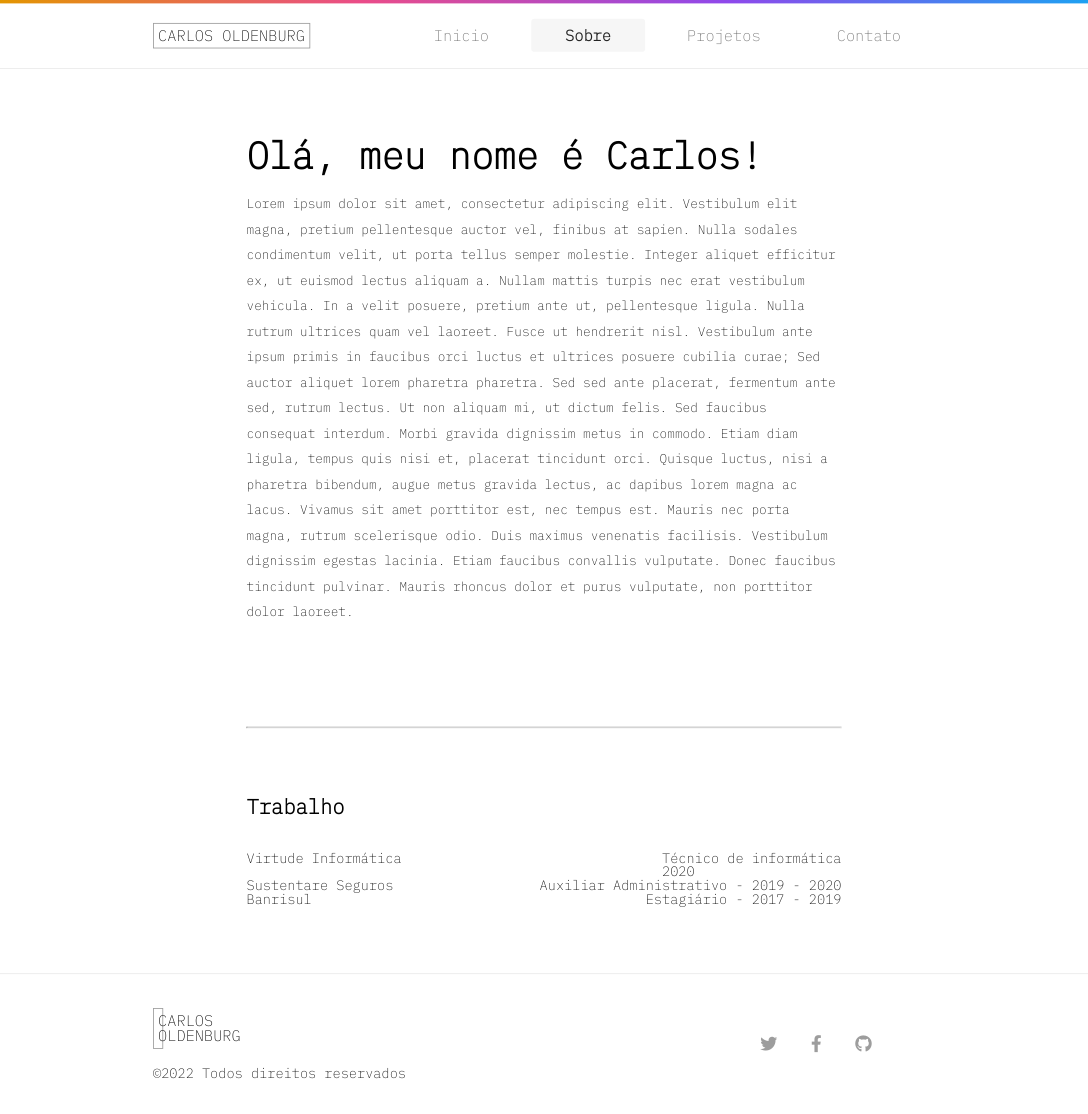
Repository: Carolden/PortfolioCrie
Page: sobre.html
The author's editor kept a copy of each file at every save. The page is drawn from the files as they stood at one save, then again after the next save.
The browser window is 1280 px wide. The pictures show the whole page, at 85% of full size.

Above is the page before, as saved 2023-05-24 10:31:59.

### sobre.html
<!DOCTYPE html>
<html lang="pt-BR">
<head>
    <meta charset="UTF-8">
    <meta http-equiv="X-UA-Compatible" content="IE=edge">
    <meta name="viewport" content="width=device-width, initial-scale=1.0">
    <title>Carlos Eduardo Oldenburg</title>

    <link rel="stylesheet" href="styles/base/reset.css">
    <link rel="stylesheet" href="styles/base/body.css">
    <link rel="stylesheet" href="styles/layout/container.css">
    <link rel="stylesheet" href="styles/layout/footer.css">
    <link rel="stylesheet" href="styles/layout/header.css">
    <link rel="stylesheet" href="styles/layout/index__section.css">
    <link rel="stylesheet" href="styles/components/about__text.css">
    <link rel="stylesheet" href="styles/components/header__a.css">
    <link rel="stylesheet" href="styles/components/header__nav.css">
    <link rel="stylesheet" href="styles/components/hr.css">
    <link rel="stylesheet" href="styles/components/name__box.css">
    <link rel="stylesheet" href="styles/components/project__index.css">
    <link rel="stylesheet" href="styles/components/section__contact.css">
    <link rel="stylesheet" href="styles/components/section__image.css">
    <link rel="stylesheet" href="styles/components/section__p.css">
    <link rel="stylesheet" href="styles/components/section__title.css">
    <link rel="stylesheet" href="styles/components/work.css">
    <link rel="stylesheet" href="sobre.html">

    <link rel="preconnect" href="https://fonts.googleapis.com">
    <link rel="preconnect" href="https://fonts.gstatic.com" crossorigin>
    <link href="https://fonts.googleapis.com/css2?family=IBM+Plex+Mono:wght@200&family=Open+Sans:wght@800&display=swap" rel="stylesheet">
    <link rel="stylesheet" href="https://cdnjs.cloudflare.com/ajax/libs/font-awesome/6.4.0/css/all.min.css">

</head>
<body>

    <header class="header">

        <div class="name__container">
            <h2 class="name__box">CARLOS OLDENBURG</h2>
        </div>

        <nav class="header__nav">
            <a href="index.html" class="header__a">Inicio</a>
            <a href="sobre.html" class="header__a active"> Sobre</a>
            <a href="#" class="header__a">Projetos</a>
            <a href="#" class="header__a">Contato</a>
        </nav>

    </header>

    <section>

        <div class="about__text">

        <h1 class="section__title section--align">Olá, meu nome é Carlos!</h1>
        <p class="section__p about--p">Lorem ipsum dolor sit amet, consectetur adipiscing elit. Vestibulum elit magna, pretium pellentesque auctor vel, finibus at sapien. Nulla sodales condimentum velit, ut porta tellus semper molestie. Integer aliquet efficitur ex, ut euismod lectus aliquam a. Nullam mattis turpis nec erat vestibulum vehicula.

            In a velit posuere, pretium ante ut, pellentesque ligula. Nulla rutrum ultrices quam vel laoreet. Fusce ut hendrerit nisl. Vestibulum ante ipsum primis in faucibus orci luctus et ultrices posuere cubilia curae; Sed auctor aliquet lorem pharetra pharetra. Sed sed ante placerat, fermentum ante sed, rutrum lectus. Ut non aliquam mi, ut dictum felis.

            Sed faucibus consequat interdum. Morbi gravida dignissim metus in commodo. Etiam diam ligula, tempus quis nisi et, placerat tincidunt orci. Quisque luctus, nisi a pharetra bibendum, augue metus gravida lectus, ac dapibus lorem magna ac lacus. Vivamus sit amet porttitor est, nec tempus est.

            Mauris nec porta magna, rutrum scelerisque odio. Duis maximus venenatis facilisis. Vestibulum dignissim egestas lacinia. Etiam faucibus convallis vulputate. Donec faucibus tincidunt pulvinar. Mauris rhoncus dolor et purus vulputate, non porttitor dolor laoreet.</p>

        </div>

    </section>

    <hr class="hr">

    <section class="work">

        <h2 class="work__title">Trabalho</h2>

        <div class="work__container">
            <h3>Virtude Informática</h3>
            <div>
            <p>Técnico de informática</p>
            <p>2020</p>
        </div>
        </div>

        <div class="work__container">
            <h3>Sustentare Seguros</h3>
            <p>Auxiliar Administrativo   -   2019 - 2020</p>
        </div>

        <div class="work__container">
            <h3>Banrisul</h3>
            <p>Estagiário   -   2017 - 2019</p>
        </div>







    </section>



























    <footer class="footer">

        <div class="name__container footer__column">

            <h2 class="name__box name--footer">CARLOS OLDENBURG</h2>
            <p class="footer__p">©2022 Todos direitos reservados</p>

        </div>

        <div class="footer__column footer__icons">

            <i class="fa-brands fa-twitter contact__icon"></i>
            <i class="fa-brands fa-facebook-f contact__icon"></i>
            <i class="fa-brands fa-github contact__icon"></i>

        </div>

    </footer>

</body>
</html>

### styles/base/body.css
body {
    font-family: 'IBM Plex Mono', monospace;
    overflow-y: scroll;
}

### styles/layout/container.css
.container {
    padding: 0 290px 0 290px;
}

### styles/layout/footer.css
.footer {
    display: flex;
    box-sizing: border-box;
    align-items: center;
    border-top: 1px solid #EAEAEA;
    margin-top: 80px;
    align-items: center;
}

.name--footer {
    margin: 40px 550px 20px 180px;
}

footer p {
    margin: 0 0 40px 180px;
}

.footer__column {
    width: 50%;
}

.footer__icons {
    text-align: center;
}

### styles/layout/header.css
.header {
    display: flex;
    justify-content: space-between;
    height: 80px;
    width: 100%;
    left: 0px;
    top: 4px;
    border-radius: 0px;
    box-sizing: border-box;
    /* position: absolute; */
    align-items: center;
    border-top: 4px;
    border-image: linear-gradient(to right, #E39600, #EA4C89, #8F48EB, #1DA1F2) 1;
    border-style: solid;
}

### styles/layout/index__section.css
.index__section {
    display: flex;
    flex-direction: column;
    align-items: center;
    border-top: 1px solid #EAEAEA;
    padding: 80px 0 50px 0;
}

### styles/components/about__text.css
.about__text {
    /* display: flex; */
    padding: 80px 290px 0 290px;
    align-items: left;
    flex-direction: column;
    border-top: 1px solid #EAEAEA;
}

### styles/components/header__a.css
.header__a {
    padding: 40px;
    text-decoration: none;
    color: #6C6C6C;
    font-size: 18px;
}

.active {
    color: #242424;
    font-weight: 600;
    background: #F6F6F6;
    border-radius: 4px;
    padding-top: 8px;
    padding-bottom: 8px;
}

### styles/components/header__nav.css
.header__nav {
    margin-right: 180px;
}

### styles/components/hr.css
.hr {
    margin: 80px 290px 80px 290px;
    color: #EAEAEA;
}

### styles/components/name__box.css
.name__box {
    border: 1px solid #9D9D9D;
    padding: 5px;
    margin-left: 180px;
    font-size: 18px;
}

### styles/components/project__index.css
.project__h2 {
    padding-bottom: 80px;
    font-size: 24px;
    font-weight: 600;
}

.project__index {
    border: 1px solid #EAEAEA;
    margin: 0 290px 20px 290px;
    display: flex;
    background-color: #FAFAFA;
}

.project__icon {
    font-size: 80px;
    padding: 40px 20px 40px 40px;
    color: #E39600;
}

.project__h3 {
    font-size: 18px;
    font-weight: 600;
    padding: 40px 0 20px 20px;
}

.project__p {
    padding: 0 40px 40px 20px;
}

.icon--color--pink {
    color: #EA4C89;
}

### styles/components/section__contact.css
.section__contact {
    display: flex;
    margin: 0 280px 0 280px;
    align-items: center;
}

.contact__icon {
    padding: 15px;
    font-size: 20px;
    color: #9D9D9D;
}

.contact__button {
    text-decoration: none;
    padding-left: 15px;
    color: #363636;
    font-weight: 600;
    font-size: 15px;
    border: 1px solid #EAEAEA;
    border-radius: 20px;
    background: #FAFAFA;
    padding: 10px 15px;
    margin-left: 15px;
}

### styles/components/section__image.css
.section__image {
    width: 800px;
    height: 800px;
    padding: 40px 0 55px 0;

}

### styles/components/section__p.css
.section__p {
    font-size: 15px;
    font-weight: 400;
    line-height: 30px;
    letter-spacing: 0em;
    text-align: left;
    margin: 0 280px 0 280px;
}

.about--p {
    margin: 0;
    padding-bottom: 40px;
}

### styles/components/section__title.css
.section__title {
    font-size: 44px;
    font-weight: 600;
}

.section--align {
    text-align: left;
    padding-bottom: 20px;
}

### styles/components/work.css
.work__title {
    font-size: 24px;
    font-weight: 600;
    padding-bottom: 40px;
}

.work__container {
    display: flex;
    justify-content: space-between;

}

.work {
    margin-left: 290px;
    margin-right: 290px;
}

Loaded but not shown: styles/base/reset.css (common file)

After the next save:
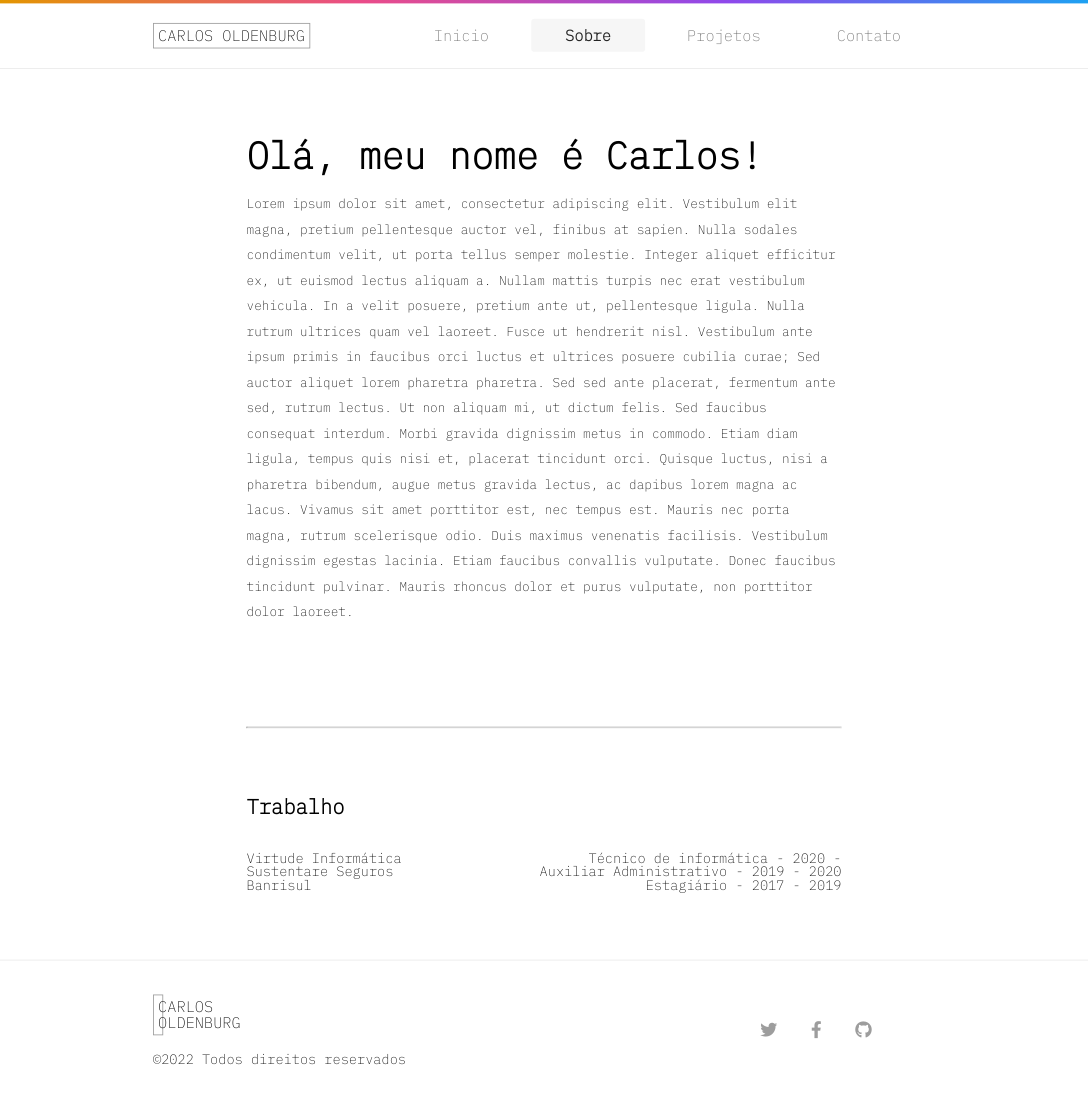
Saved 11 s later.
--- a/sobre.html
+++ b/sobre.html
@@ -73,10 +73,7 @@
 
         <div class="work__container">
             <h3>Virtude Informática</h3>
-            <div>
-            <p>Técnico de informática</p>
-            <p>2020</p>
-        </div>
+            <p>Técnico de informática   -   2020 -     </p>
         </div>
 
         <div class="work__container">
